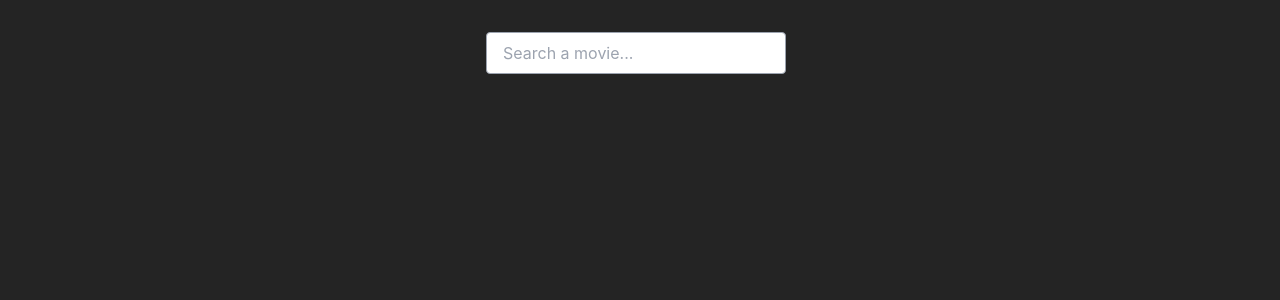
Repository: Hadra92i/movies-search-app
Page: /
An editor plug-in stored every save of this project. The page is shown before and after the next save, followed by the edit.
The browser window is 1280 px wide. The pictures show the whole page.
The page's requests for data from a server got no answer. The project was rebuilt for these pictures with package versions that can differ from the ones it lists, and the page was loaded fresh each time. No one was signed in, and anything a server would have sent is missing. Also part of the build but not shown: vite.config.js, src/components/movie/MovieCard.jsx.

Above is the page before, as saved 2023-11-01 13:25:15.

After the next save:
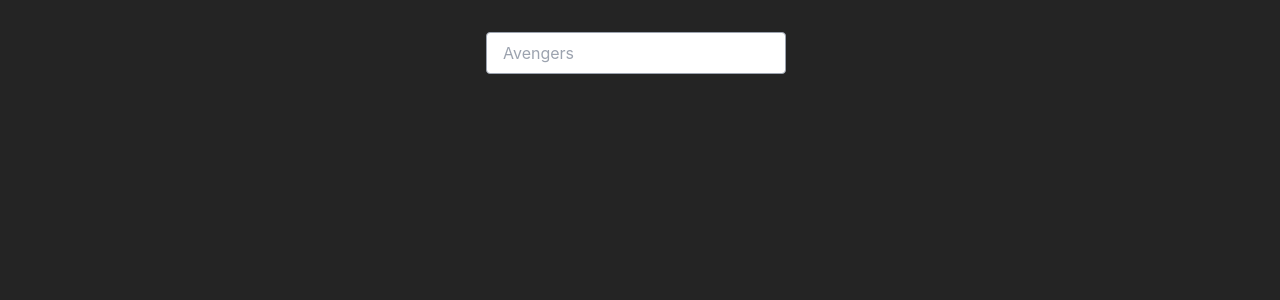
Saved 68 s later.
--- a/src/components/movie/Movies.jsx
+++ b/src/components/movie/Movies.jsx
@@ -27,7 +27,7 @@
             <div className="flex justify-center items-center mb-5">
                 <input
                     type="text"
-                    placeholder="Search a movie..."
+                    placeholder="Avengers"
                     value={searchTerm}
                     onChange={handleSearch}
                     className="border border-gray-400 rounded py-2 px-4 mr-2 w-[300px]"

After the 2 saves that followed:
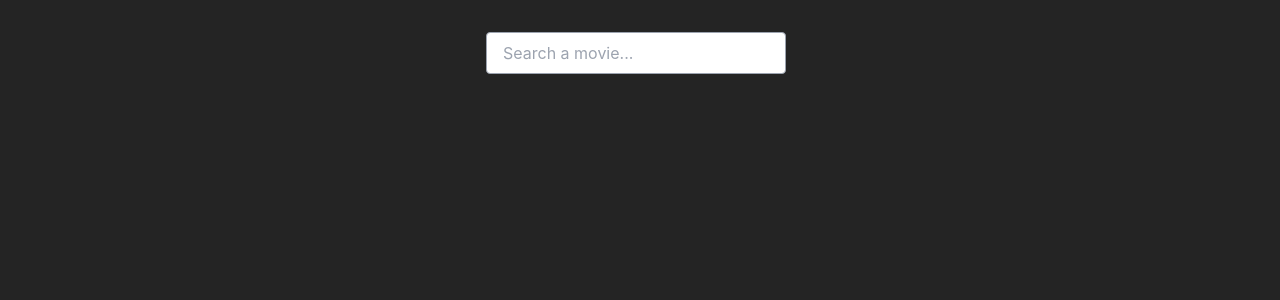
The 2 saves are shown as one change because they came seconds apart.
The last was saved 7 s later.
--- a/src/components/movie/Movies.jsx
+++ b/src/components/movie/Movies.jsx
@@ -27,7 +27,7 @@
             <div className="flex justify-center items-center mb-5">
                 <input
                     type="text"
-                    placeholder="Avengers"
+                    placeholder="Search a movie..."
                     value={searchTerm}
                     onChange={handleSearch}
                     className="border border-gray-400 rounded py-2 px-4 mr-2 w-[300px]"
